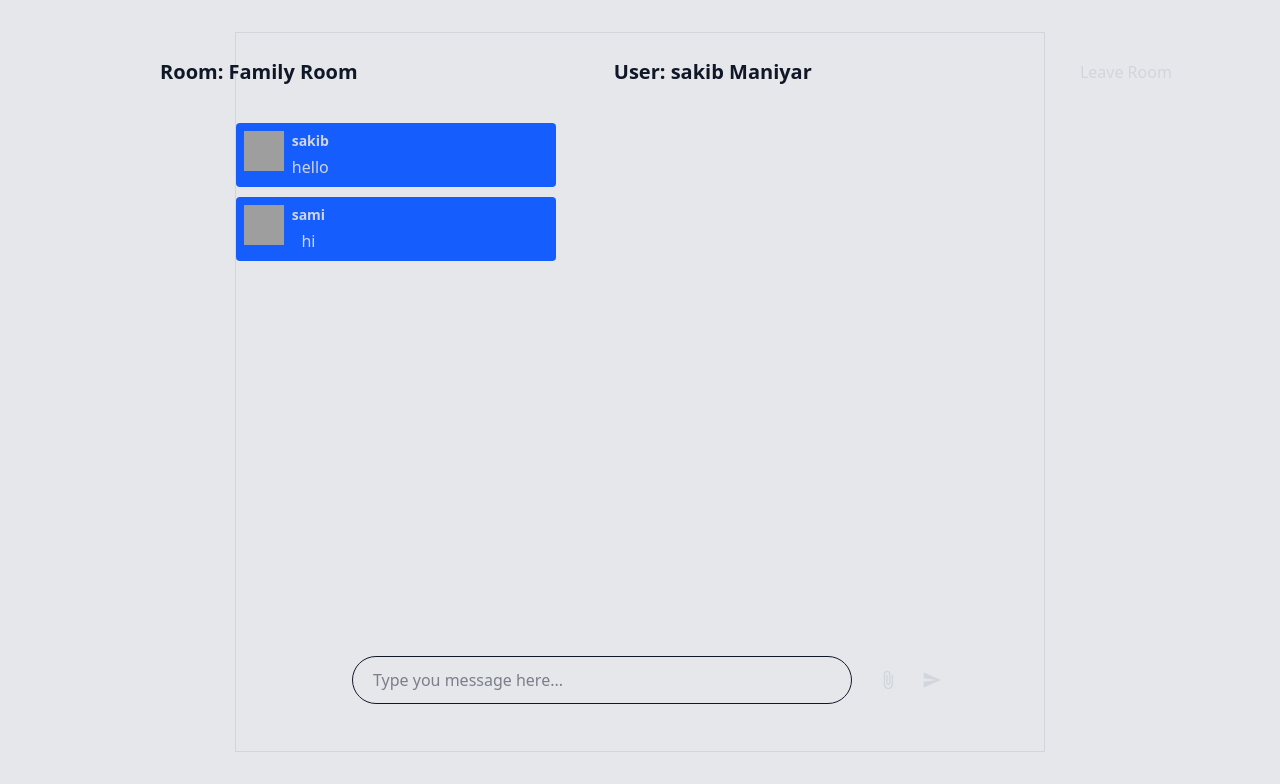
Repository: Saquib45/ChatApplication
Page: /chat (app in front-chat/)
An editor plug-in stored every save of this project. The page is shown before and after the next save, followed by the edit.
The browser window is 1280 px wide. The pictures show the whole page.
Pictures or frames that could not be fetched are drawn as grey boxes. The project was rebuilt for these pictures with package versions that can differ from the ones it lists, and the page was loaded fresh each time. Also part of the build but not shown: front-chat/vite.config.js, front-chat/src/components/JoinCreateChat.jsx, front-chat/src/App.jsx.

Above is the page before, as saved 2025-04-12 22:07:07.

### front-chat/index.html
<!doctype html>
<html lang="en" class="dark">
  <head>
    <meta charset="UTF-8" />
    <link rel="icon" type="image/svg+xml" href="/vite.svg" />
    <meta name="viewport" content="width=device-width, initial-scale=1.0" />
    <title>Room Chat App</title>
  </head>
  <body class="h-screen bg-gray-200 text-gray-900 dark:bg-gray-950 dark:text-gray-400">
    <div id="root"></div>
    <script type="module" src="/src/main.jsx"></script>
  </body>
</html>

### front-chat/src/main.jsx
import { StrictMode } from 'react'
import { createRoot } from 'react-dom/client'
import './index.css'
import { BrowserRouter} from 'react-router'
import AppRoutes from "./config/routes.jsx"
import { Toaster } from 'react-hot-toast'

createRoot(document.getElementById('root')).render(
  <StrictMode>
    <BrowserRouter>
      <Toaster/>
      <AppRoutes/>
    </BrowserRouter>
  </StrictMode>,
)

### front-chat/src/config/routes.jsx

import React from "react";
import { Routes,Route } from "react-router";
import App from "../App.jsx";
import ChatPage from "../components/ChatPage.jsx";
const AppRoutes = () => {
  return (
    <Routes>
        <Route path="/" element={<App />} />
        <Route path="/chat" element={<ChatPage/>} />
        <Route path="/about" element={<h1>This is about page</h1>} />
        <Route path="*" element={<h1>404 Not Found</h1>} />

      </Routes>
  );
}
export default AppRoutes;

### front-chat/src/components/ChatPage.jsx
import React from "react";
import {MdAttachFile, MdSend} from "react-icons/md";
import { useState ,useRef } from "react";

function ChatPage() {

    const [messages,setMessages]=useState([{content:"hello",sender:"sakib"},{content:"hi",sender:"sami"} ]);
    const [input,setInput]=useState("");
    const inputRef=useRef(null);
    const chatBoxRef=useRef(null);
    const [stompClient,setStompClient]=useState(null);
    const [roomId,setRoomId]=useState("");


    return(
        <div className="">
            {/* Header of the page */}
            <header className=" dark:border-gray-700 fixed w-full dark:bg-gray-900 py-5 flex justify-around items-center">

                {/* room name container */}
                <div>
                    <h1 className="text-xl font-semibold">Room: <span>Family Room</span></h1>
                </div>

                {/* username container */}
                <div>
                    <h1 className="text-xl font-semibold">
                        User: <span>sakib Maniyar</span>
                    </h1>
                </div>

                {/* button: leave room container */}
                <div>
                    <button className="dark:bg-red-500 hover:dark:bg-red-700 px-3 py-2 rounded-full text-gray-300">Leave Room</button>
                </div>
            </header>

            {/* chat container */}
            <main className="py-20 px border w-2/3 dark:bg-slate-600 text-gray-300  mx-auto h-screen overflow-auto">
                {
                    messages.map((message,index)=>(

                        <div key={index} className="">
                            <div  className="my-2.5 bg-blue-600 max-w-xs p-2 rounded">
                                <div className="flex flex-row gap-2">
                                    <img className="h-10 w-10" src="https://avatar.iran.liara.run/public/43" alt="" />
                                    <div className=" flex flex-col gap-1">
                                        <p className="text-sm font-bold">{message.sender}</p>
                                        <p>{message.content}</p>
                                    </div>

                                </div>
                            </div>
                        </div>

                    ))
                }
            </main>


            {/* input message container */}
            <div className="fixed bottom-4 w-full h-12">
                <div className="h-full gap-4 pr-10 flex items-center justify-between  dark:border-gray-600 dark:bg-gray-900 rounded-full w-1/2 mx-auto">

                    <input type="text" placeholder="Type you message here..."

                        className="dark:border-gray-600  w-full border dark:bg-gray-800 rounded-full px-5 py-2 h-full  focus:outline-none"

                    />

                    <div className="flex gap-1">
                    <button className="dark:bg-purple-600  text-gray-300 h-10 w-10 flex justify-center items-center hover:dark:bg-purple-700 rounded-full">
                        <MdAttachFile size={20}/>
                    </button>
                    <button className="dark:bg-green-700  text-gray-300 h-10 w-10 flex justify-center items-center hover:dark:bg-green-800 rounded-full">
                        <MdSend size={20}/>
                    </button>
                    </div>
                </div>
            </div>
        </div>
    )
}

export default ChatPage;

Loaded but not shown: front-chat/src/index.css (common file); front-chat/src/App.css (common file)

After the next save:
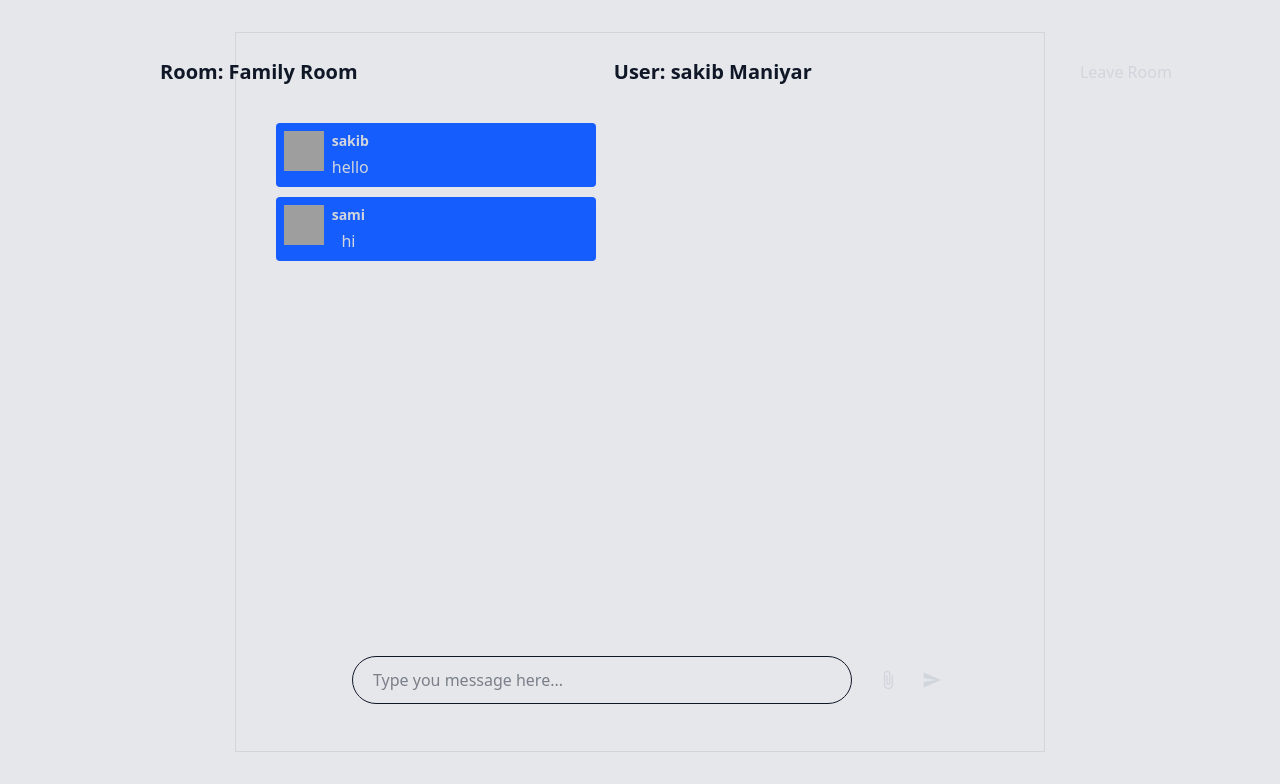
Saved 9 s later.
--- a/front-chat/src/components/ChatPage.jsx
+++ b/front-chat/src/components/ChatPage.jsx
@@ -36,7 +36,7 @@ function ChatPage() {
             </header>
 
             {/* chat container */}
-            <main className="py-20 px border w-2/3 dark:bg-slate-600 text-gray-300  mx-auto h-screen overflow-auto">
+            <main className="py-20 px-10 border w-2/3 dark:bg-slate-600 text-gray-300  mx-auto h-screen overflow-auto">
                 {
                     messages.map((message,index)=>(
 
